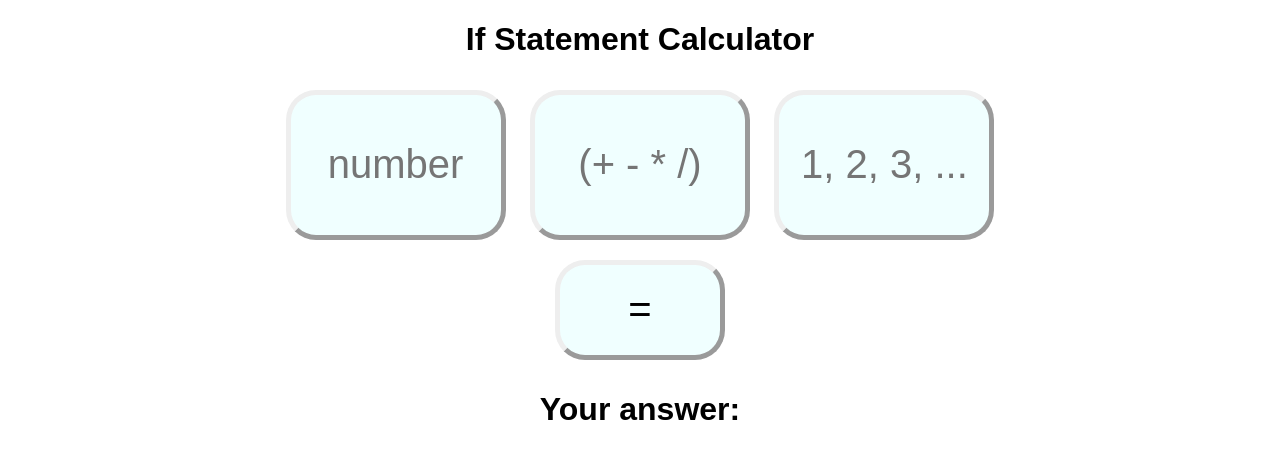
Repository: WesleyErasmus/threeInputCalculator
Page: html/if-calculator.html
An editor plug-in stored every save of this project. The page is shown before and after the next save, followed by the edit.
The browser window is 1280 px wide. The pictures show the whole page.

Above is the page before, as saved 2022-04-27 22:32:43.

### html/if-calculator.html
<!DOCTYPE html>
<html lang="en">
<head>
    <meta charset="UTF-8">
    <meta http-equiv="X-UA-Compatible" content="IE=edge">
    <meta name="viewport" content="width=device-width, initial-scale=1.0">
    <title>JS If Calculator</title>
    <link rel="stylesheet" href="/css/stylesheet.css">
    <script src="/js/if-calculator.js"></script>
</head>
<body>

<center>
    <form onsubmit="return false;">
        <h1>If Statement Calculator</h1>
         <input id="input1" type="text" name = "input1" placeholder="number"> <!-- input-1 -->
         <input id="input3" type="text" name = "input3" placeholder="(+ - * /)"> <!-- input-3 (operator) -->
         <input id="input2" type="text" name = "input2" placeholder="1, 2, 3, ..."> <!-- input-2 -->
        <div>
         <button onclick="sum()">=</button>
        </div>
         <h1>Your answer:</h1>
         <p id="output"></p>
    </form>
</center>
</body>
</html>

### css/stylesheet.css
body {
font-family: sans-serif;
}
form {
display: block;
margin: 0 auto;
}
input {
    background-color: azure;
    width: 170px;
    height: 100px;
    padding: 20px;
    margin: 10px;
    text-align: center;
    font-size: 40px;
    border-radius: 30px;
    border: 5px outset;
}
button {
    background-color: azure;
    width: 170px;
    height: 100px;
    padding: 0;
    margin: 10px;
    font-size: 40px;
    border-radius: 30px;
    border: 5px outset;
}
p {
    text-align: center;
    margin: 10px;
    padding: 20px;
    font-size: 75px;
    border-radius: 10px;
}

### js/if-calculator.js
function sum() {
const num1 = document.getElementById("input1").value;
const num2 = document.getElementById("input2").value;
const operator = document.getElementById("input3").value;
const output = document.getElementById("output").value;
  let answer;
  document.getElementById("output").value;
  if (operator == '+') {
    answer = +num1 + +num2;
    document.getElementById("output").innerHTML = answer;
  } else if (operator == '-') {
    answer = num1 - num2;
    document.getElementById("output").innerHTML = answer;
  } else if (operator == '*') {
    answer = num1 * num2;
    document.getElementById("output").innerHTML = answer;
  } else {
    answer = num1 / num2;
    document.getElementById("output").innerHTML = answer;
  }console.log(answer);
}

After the next save:
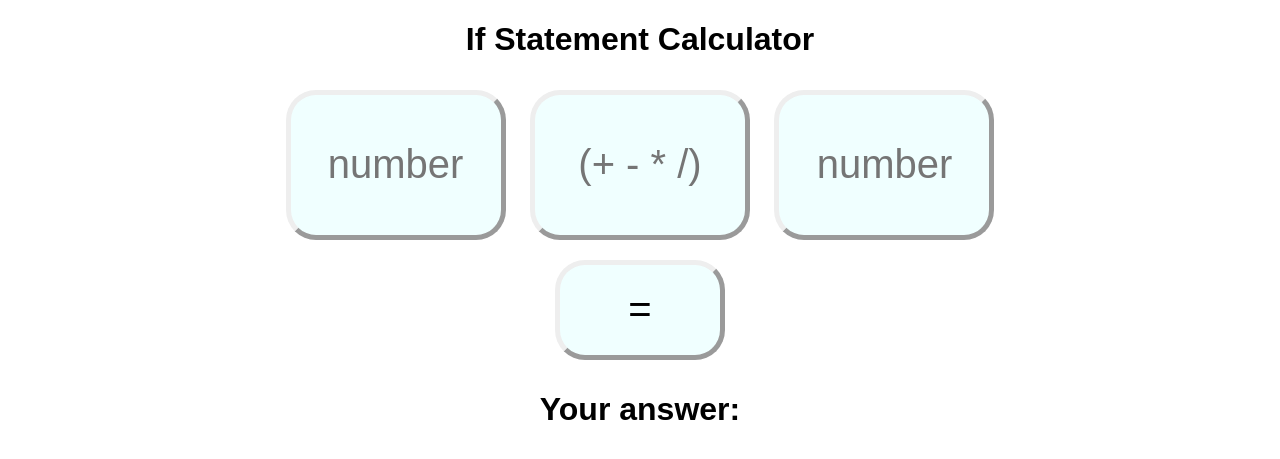
Saved 15 s later.
--- a/html/if-calculator.html
+++ b/html/if-calculator.html
@@ -15,7 +15,7 @@
         <h1>If Statement Calculator</h1>
          <input id="input1" type="text" name = "input1" placeholder="number"> <!-- input-1 -->
          <input id="input3" type="text" name = "input3" placeholder="(+ - * /)"> <!-- input-3 (operator) -->
-         <input id="input2" type="text" name = "input2" placeholder="1, 2, 3, ..."> <!-- input-2 -->
+         <input id="input2" type="text" name = "input2" placeholder="number"> <!-- input-2 -->
         <div>
          <button onclick="sum()">=</button>
         </div>
